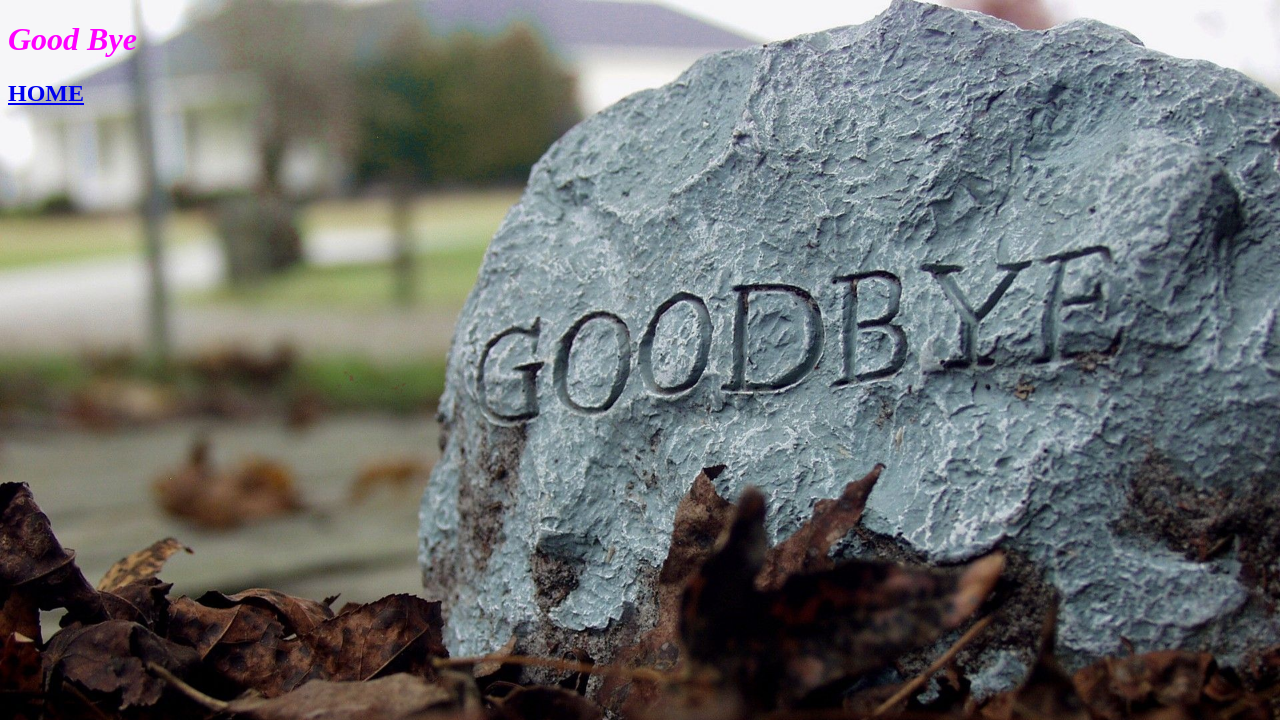
Repository: AJEET006/AdvanceJava-DSA
Page: ADVANCE_JAVA/HW_Example/WebContent/GoodBye.html
The author's editor kept a copy of each file at every save. The page is drawn from the files as they stood at one save, then again after the next save.
The browser window is 1280 px wide. The page is 1288 px wide, so the pictures cover 1288 px, including what lies to the right of the window. The pictures show the whole page.

Above is the page before, as saved 2022-06-21 20:39:00.

### ADVANCE_JAVA/HW_Example/WebContent/GoodBye.html
<!DOCTYPE html>
<html>
<head>

<style>
	body{background-image:url("./Goodbye.jpg"); height: 200%;width:100%;background-repeat: no-repeat;
	background-size: cover;}
</style>
<title>Good bye</title>
</head>

<body>
	<font color="magenta">
	<h1>

	<strong><i><a>Good Bye</a></i></strong>
	</h1>
	</font>
<a href="Firstpage.html"><h2 style="border-width: medium;">HOME</h2></a>
</body>
</html>

After the next save:
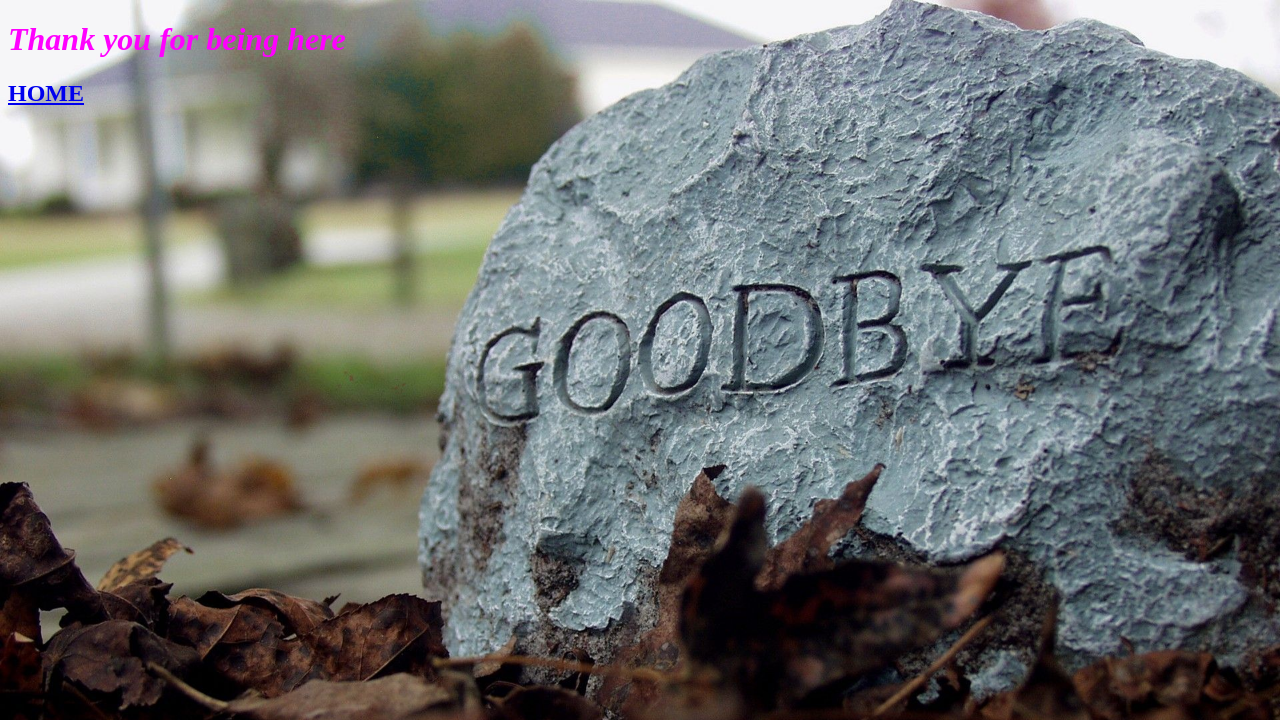
Saved 24 s later.
--- a/ADVANCE_JAVA/HW_Example/WebContent/GoodBye.html
+++ b/ADVANCE_JAVA/HW_Example/WebContent/GoodBye.html
@@ -13,7 +13,7 @@
 	<font color="magenta">
 	<h1>
 
-	<strong><i><a>Good Bye</a></i></strong>
+	<strong><i><a>Thank you for being here</a></i></strong>
 	</h1>
 	</font>
 <a href="Firstpage.html"><h2 style="border-width: medium;">HOME</h2></a>
